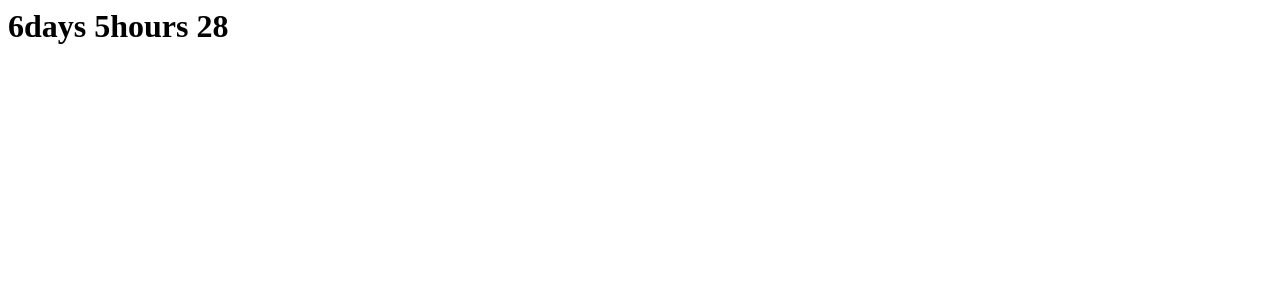
Repository: notMaximilian/countdown-timer
Page: index.html
The author's editor kept a copy of each file at every save. The page is drawn from the files as they stood at one save, then again after the next save.
The browser window is 1280 px wide. The pictures show the whole page.

Above is the page before, as saved 2021-12-18 18:44:18.

### index.html
<html lang="en">
    <head>
        <meta charset="utf-8"/>
        <title>Christmas Countdown</title>
        <link rel="stylesheet" href="styles.css"/>
    </head>
    <body>
        <h1 id="time-left"></h1>
        <script src="app.js"></script>
    </body>
</html>

### app.js
const timeLeft = document.getElementById('time-left')
let timerId;
//Units of time
const second = 1000
const minute = second * 60
const hour = minute * 60
const day = hour * 24

const christmas = new Date('12/25/2021')

function countdown(){
    const today = new Date();
    const timeSpan = christmas - today;

    if(timeSpan <= -day){
        timeLeft.innerHTML("I hope you had a Merry Christmas!!!")
        clearInterval(timerId)
        return
    }

    if (timeSpan <= 0){
        timeLeft.innerHTML("Merry Christmas!!!")
        clearInterval(timerId)
        return
    }

    const days = Math.floor(timeSpan / day)
    const hours = Math.floor((timeSpan % day) / hour)
    const minutes = Math.floor((timeSpan % hour) / minute)
    const seconds = Math.floor((timeSpan % minute) / second)

    timeLeft.innerHTML = days + "days " + hours + "hours " + minutes

}

timerId = setInterval(countdown, second)

Loaded but not shown: styles.css (no copy from this time; the picture is the same without it)

After the next save:
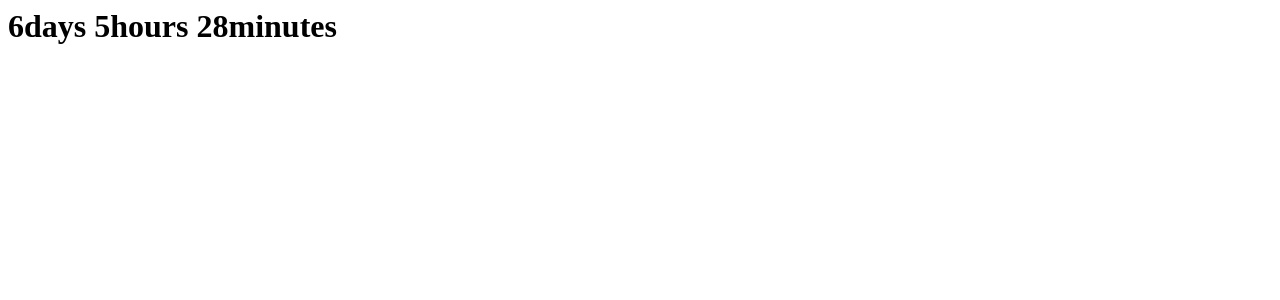
Saved 4 s later.
--- a/app.js
+++ b/app.js
@@ -29,7 +29,7 @@ function countdown(){
     const minutes = Math.floor((timeSpan % hour) / minute)
     const seconds = Math.floor((timeSpan % minute) / second)
 
-    timeLeft.innerHTML = days + "days " + hours + "hours " + minutes
+    timeLeft.innerHTML = days + "days " + hours + "hours " + minutes + "minutes "
 
 }
 
